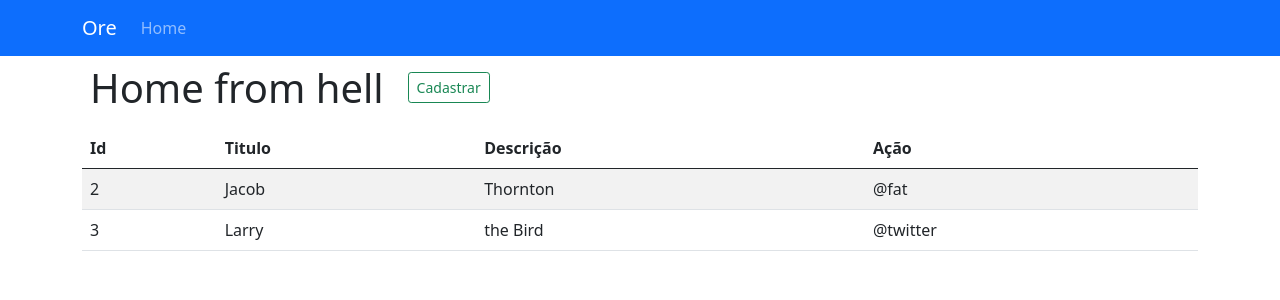
Repository: thf4/React-Front
Page: /
These files come from the project's save history. The page is drawn as it stood at one moment and after the next save; the edit follows.
The browser window is 1280 px wide. The pictures show the whole page.
The page's requests for data from a server got no answer. The project was rebuilt for these pictures with package versions that can differ from the ones it lists, and the page was loaded fresh each time. No one was signed in, and anything a server would have sent is missing. Also part of the build but not shown: src/pages/Vizualizar/index.js, src/pages/Cadastrar/index.js, src/pages/Editar/index.js.

Above is the page before, as saved 2021-05-07 09:59:03.

### src/App.js
import React from "react";
import { BrowserRouter as Router, Switch, Route } from "react-router-dom";
import { Home } from "./pages/Home/";
import { View } from "./pages/Vizualizar/";
import { Cadastrar } from "./pages/Cadastrar/";
import { Editar } from "./pages/Editar/";
import { Menu } from "./components/Menu";
import 'bootstrap/dist/css/bootstrap.min.css';
function App() {
  return (
    <div>
      <Menu />
      <Router>
        <Switch>
          <Route exact path="/" component={Home} />
          <Route path="/view" component={View} />
          <Route path="/cadastrar" component={Cadastrar} />
          <Route path="/editar" component={Editar} />
        </Switch>
      </Router>
    </div>
  );
}

export default App;

### src/pages/Home/index.js
import React, { useEffect, useState } from "react";
import { Container } from "reactstrap";
import { Table } from "reactstrap";
import axios from "axios";
import { api } from "../../config";

export const Home = () => {
  const [data, setData] = useState([]);
  const getDados = async () => {
    try {
      await axios.get(api).then((response) => {
        setData(response.data.users)

      });
    } catch (err) {
      console.log("deu ruim");
    }
  };
  useEffect(() => {
    getDados();
  });
  return (
    <div>
      <Container>
        <div className=" d-flex">
          <div className="mr-auto p-2">
            <h1> Home from hell </h1>
          </div>
          <div className="p-3">
            <a href="/cadastrar" className="btn btn-outline-success btn-sm">
              Cadastrar
            </a>
          </div>
        </div>
        <Table striped hover>
          <thead>
            <tr>
              <th>Id</th>
              <th>Titulo</th>
              <th>Descrição</th>
              <th>Ação</th>
            </tr>
          </thead>
          <tbody >
            {data.map(item =>(
              <tr key={item._id}>
              <td>{item._id}</td>
              <td>{item.name}</td>
              <td>{item.email}</td>
              <td>{item.date}</td>
            </tr>
            ))}

            <tr>
              <td>2</td>
              <td>Jacob</td>
              <td>Thornton</td>
              <td>@fat</td>
            </tr>
            <tr>
              <td>3</td>
              <td>Larry</td>
              <td>the Bird</td>
              <td>@twitter</td>
            </tr>
          </tbody>
        </Table>
      </Container>
    </div>
  );
};

### src/components/Menu.js
import React, { useState } from "react";
import {
  Collapse,
  Navbar,
  NavbarToggler,
  NavbarBrand,
  Nav,
  NavItem,
  NavLink,
  Container,
} from "reactstrap";
export const Menu = (props) => {
  const [isOpen, setIsOpen] = useState(false);
  const toggle = () => setIsOpen(!isOpen);

  return (
    <div>
      <Navbar color="primary" dark expand="md">
        <Container>
        <NavbarBrand href="/">Ore</NavbarBrand>
        <NavbarToggler onClick={toggle} />
        <Collapse isOpen={isOpen} navbar>
          <Nav className="mr-auto" navbar>
            <NavItem>
              <NavLink href="/">Home</NavLink>
            </NavItem>
          </Nav>
        </Collapse>
        </Container>
      </Navbar>
    </div>
  );
};

### src/config/index.js
export const api = "http://localhost:3000/listar";

Loaded but not shown: public/index.html (common file); src/index.js (common file); src/index.css (common file); src/reportWebVitals.js (common file)

After the next save:
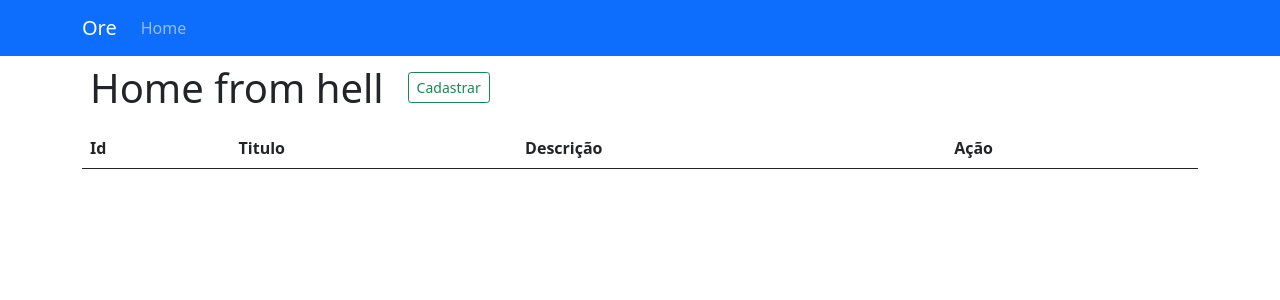
Saved 23 s later.
--- a/src/pages/Home/index.js
+++ b/src/pages/Home/index.js
@@ -50,19 +50,6 @@ export const Home = () => {
               <td>{item.date}</td>
             </tr>
             ))}
-
-            <tr>
-              <td>2</td>
-              <td>Jacob</td>
-              <td>Thornton</td>
-              <td>@fat</td>
-            </tr>
-            <tr>
-              <td>3</td>
-              <td>Larry</td>
-              <td>the Bird</td>
-              <td>@twitter</td>
-            </tr>
           </tbody>
         </Table>
       </Container>
